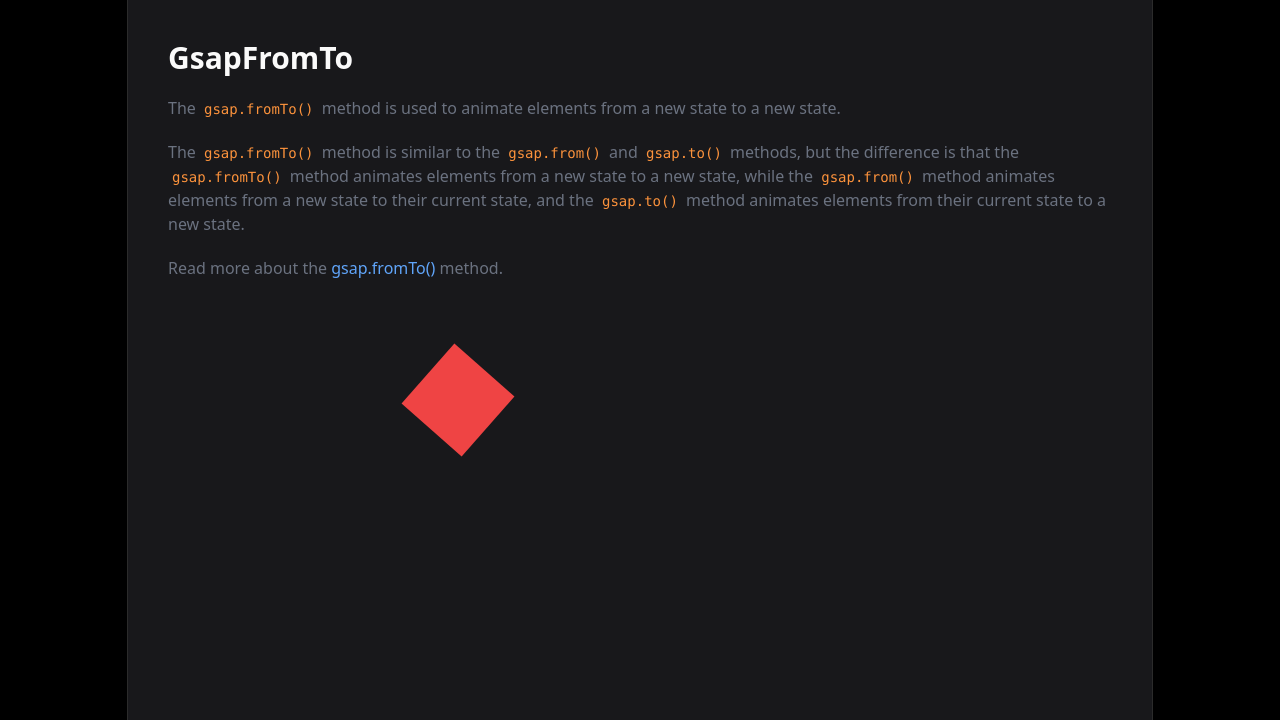
Repository: mgoyeghiaian/gsap-Starter
Page: /gsapfromto
An editor plug-in stored every save of this project. The page is shown before and after a run of saves, followed by the edit.
The browser window is 1280 px wide. The pictures show the whole page.
The project was rebuilt for these pictures with package versions that can differ from the ones it lists, and the page was loaded fresh each time. Also part of the build but not shown: vite.config.js, src/pages/Home.jsx, src/pages/GsapTo.jsx, src/pages/GsapFrom.jsx, src/pages/GsapStagger.jsx, src/pages/GsapTimeline.jsx, src/pages/GsapScrollTrigger.jsx, src/pages/GsapText.jsx.

Above is the page before, as saved 2024-03-17 23:29:44.

### src/pages/GsapFromTo.jsx
import { useGSAP } from "@gsap/react";
import gsap from "gsap";

const GsapFromTo = () => {
  // TODO: Implement the gsap.fromTo() method
  useGSAP(() => {
    gsap.fromTo('#red-box', {
      x: 250,
      rotation: 0,
      borderRadius: '0%',
    }, {
      x: 250,
      repeat: -1,

      yoyo: true,
      rotation: 360,
      duration: 2,
      ease: 'power1.inOut',
    })
  }, [])
  return (
    <main>
      <h1>GsapFromTo</h1>

      <p className="mt-5 text-gray-500">
        The <code>gsap.fromTo()</code> method is used to animate elements from a
        new state to a new state.
      </p>

      <p className="mt-5 text-gray-500">
        The <code>gsap.fromTo()</code> method is similar to the{" "}
        <code>gsap.from()</code> and <code>gsap.to()</code> methods, but the
        difference is that the <code>gsap.fromTo()</code> method animates
        elements from a new state to a new state, while the{" "}
        <code>gsap.from()</code> method animates elements from a new state to
        their current state, and the <code>gsap.to()</code> method animates
        elements from their current state to a new state.
      </p>

      <p className="mt-5 text-gray-500">
        Read more about the{" "}
        <a
          href="https://greensock.com/docs/v3/GSAP/gsap.fromTo()"
          target="_blank"
          rel="noreferrer noopener nofollow"
        >
          gsap.fromTo()
        </a>{" "}
        method.
      </p>

      <div className="mt-20">
        <div id="red-box" className="w-20 h-20 bg-red-500 rounded-lg" />
      </div>
    </main>
  );
};

export default GsapFromTo;

Loaded but not shown: index.html (common file); src/main.jsx (common file); src/App.jsx (common file); src/index.css (common file); src/pages/index.jsx (common file); tailwind.config.js (common file)

After the next 3 saves:
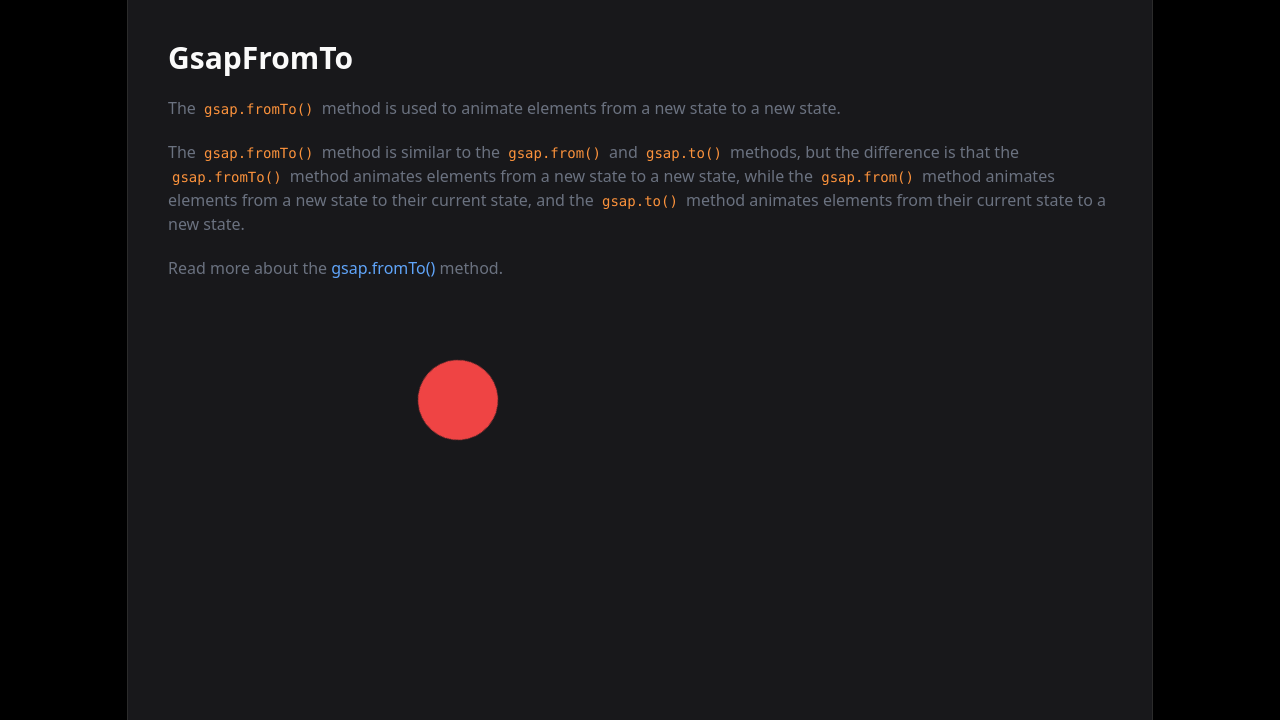
The 3 saves are shown as one change because they came seconds apart.
The last was saved 10 s later.
--- a/src/pages/GsapFromTo.jsx
+++ b/src/pages/GsapFromTo.jsx
@@ -11,7 +11,7 @@
     }, {
       x: 250,
       repeat: -1,
-
+      borderRadius: '100%',
       yoyo: true,
       rotation: 360,
       duration: 2,
